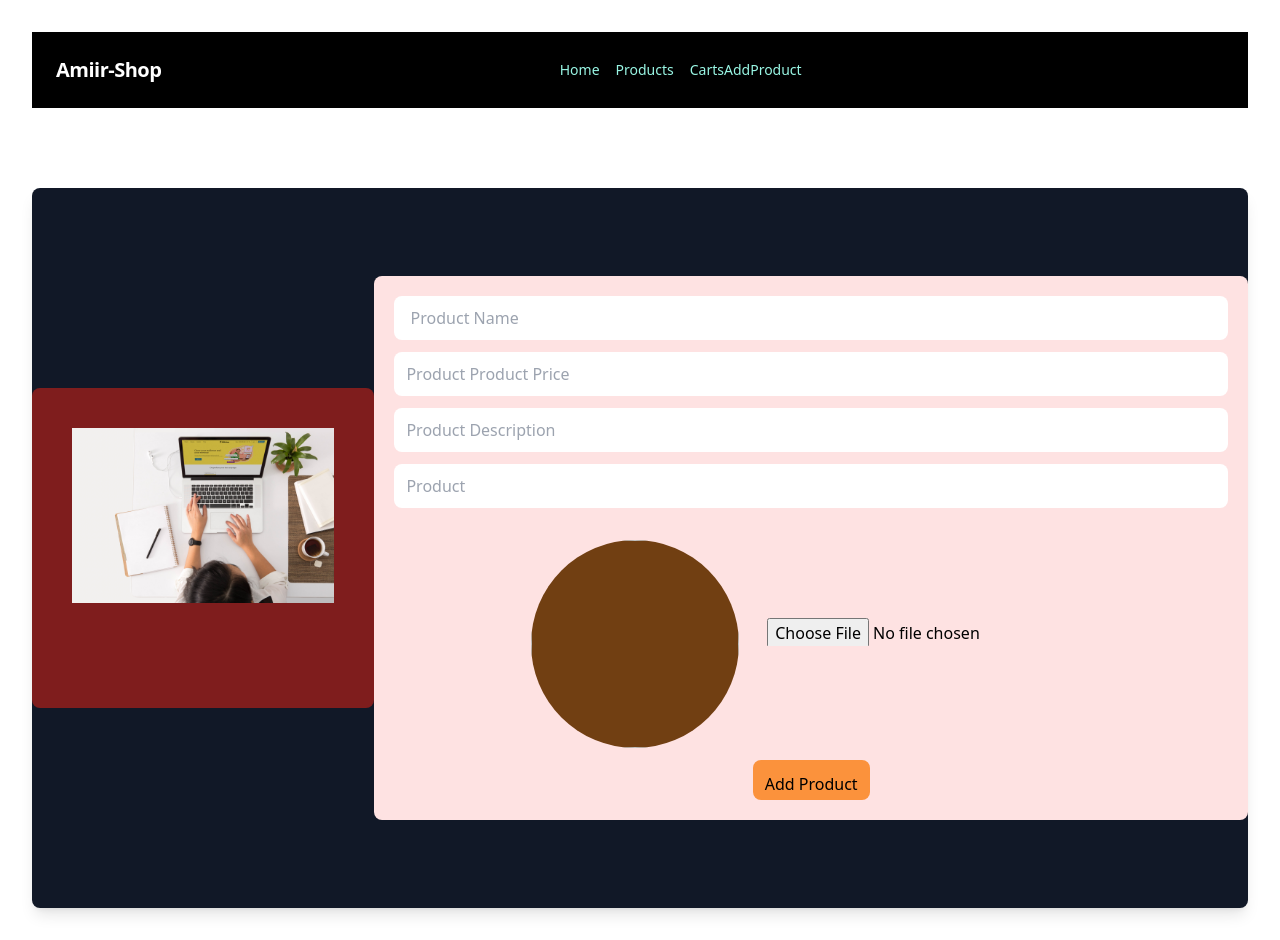
Repository: ENG-AMIIR-MUSE/ECommerce-app-using-react
Page: /addProducts
The author's editor kept a copy of each file at every save. The page is drawn from the files as they stood at one save, then again after the next save.
The browser window is 1280 px wide. The pictures show the whole page.
The page's requests for data from a server got no answer. The project was rebuilt for these pictures with package versions that can differ from the ones it lists, and the page was loaded fresh each time. No one was signed in, and anything a server would have sent is missing. Also part of the build but not shown: vite.config.js, src/Components/productList.js, src/Components/productCard.js.

Above is the page before, as saved 2023-06-24 20:55:26.

After the next save:
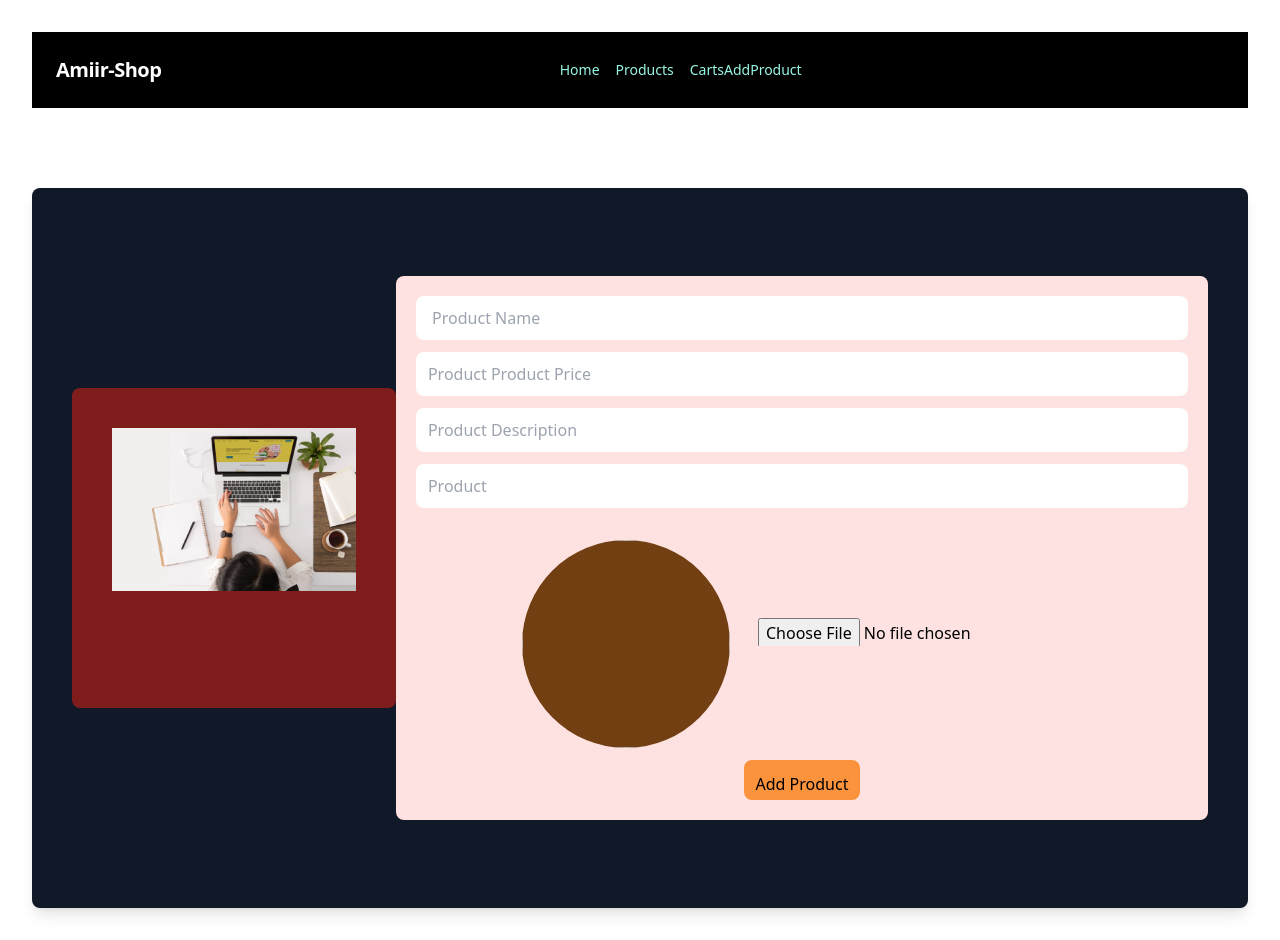
Saved 57 s later.
--- a/src/Components/AddProduct.jsx
+++ b/src/Components/AddProduct.jsx
@@ -6,7 +6,7 @@ const  AddProduct = ()=>{
 
     return(
 
-        <div  className="bg-gray-900 mt-0  text-black  min-h-screen flex flex-col lg:flex-row lg:max-w-full 2xl:max-w-full max-w-sm mx-auto justify-center items-center  shadow-lg rounded-lg  overflow-hidden">
+        <div  className="bg-gray-900 mt-0  p-10  text-black  min-h-screen flex flex-col lg:flex-row lg:max-w-full 2xl:max-w-full max-w-sm mx-auto justify-center items-center  shadow-lg rounded-lg  overflow-hidden">
           <div className="w-96 rounded-lg mx-auto  bg-red-900  m-5 h-80 p-10">
            <img src= {reactsvg}  alt="missing-product-image"/>
           </div>
